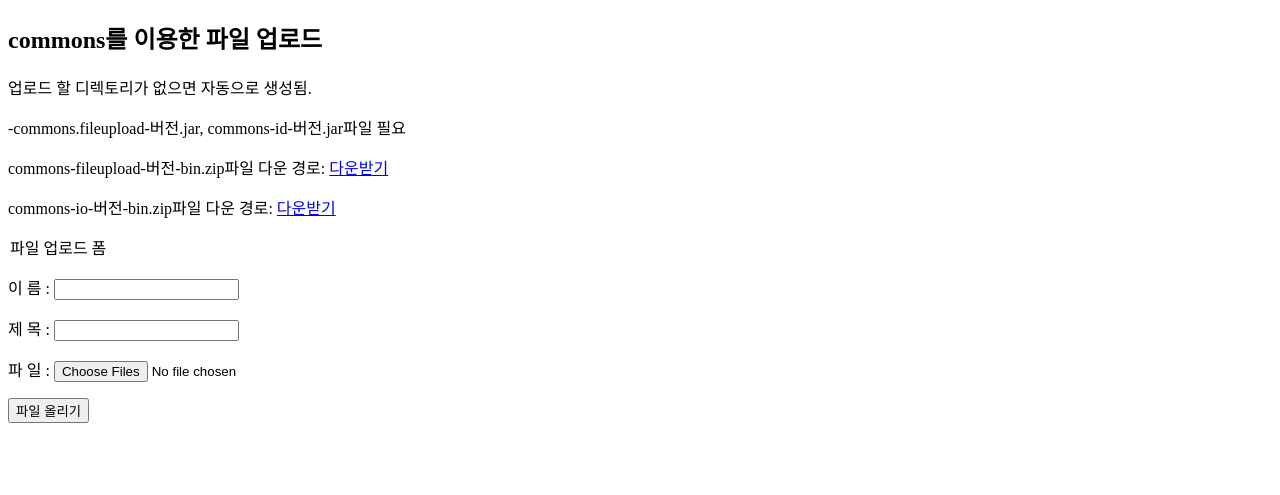
Repository: iwanttogohomenow/jspwork
Page: http://localhost/second/11_03_fileupload03.jsp
The author's editor kept a copy of each file at every save. The page is drawn from the files as they stood at one save, then again after the next save.
The browser window is 1280 px wide. The pictures show the whole page.
The page is served by Tomcat 9. Other server files are loaded and not shown.

Above is the page before, as saved 2023-03-08 08:19:08.

### second/src/main/webapp/11_03_fileupload03.jsp
<%@ page language="java" contentType="text/html; charset=UTF-8"%>
<!DOCTYPE html>
<html>
<head>
<title>File upload</title>
</head>
<body>
	<h2>commons를 이용한 파일 업로드</h2>
	<p>업로드 할 디렉토리가 없으면 자동으로 생성됨.</p>
	<p>-commons.fileupload-버전.jar, commons-id-버전.jar파일 필요</p>
	<dl>
		<p>
			commons-fileupload-버전-bin.zip파일 다운 경로: <a
				href="https://commons.apache.org/proper/commons-fileupload/download_fileupload.cgi"
				target="_blank">다운받기</a>
		</p>
		<p>
			commons-io-버전-bin.zip파일 다운 경로: <a
				href="https://commons.apache.org/proper/commons-io/download_io.cgi"
				target="_blank">다운받기</a>
		</p>


	</dl>
	<form action="11_03_fileupload03_process.jsp" method="post"
		enctype="multipart/form-data">
		<filedset>
		<legend>파일 업로드 폼</legend>
		<p>
			이 름 : <input type="text" name="name">
		</p>
		<p>
			제 목 : <input type="text" name="subject">
		</p>
		<!-- 다중 파일 업로드 속성 : multiple="multiple" -->
		<p>
			파 일 : <input type="file" name="filename" multiple="multiple">
		</p>
		<p>
			<input type="submit" value="파일 올리기">
		</p>
		</filedset>



	</form>

</body>
</html>

After the next save:
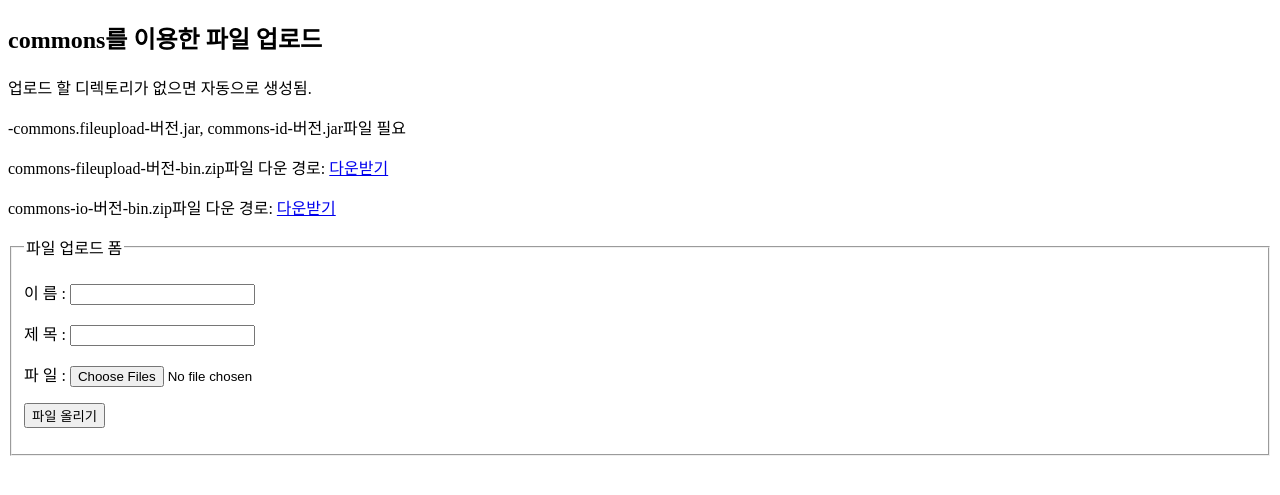
Saved 13 min 13 s later.
--- a/second/src/main/webapp/11_03_fileupload03.jsp
+++ b/second/src/main/webapp/11_03_fileupload03.jsp
@@ -24,7 +24,7 @@
 	</dl>
 	<form action="11_03_fileupload03_process.jsp" method="post"
 		enctype="multipart/form-data">
-		<filedset>
+		<fieldset>
 		<legend>파일 업로드 폼</legend>
 		<p>
 			이 름 : <input type="text" name="name">
@@ -39,7 +39,7 @@
 		<p>
 			<input type="submit" value="파일 올리기">
 		</p>
-		</filedset>
+		</fieldset>
 
 
 
